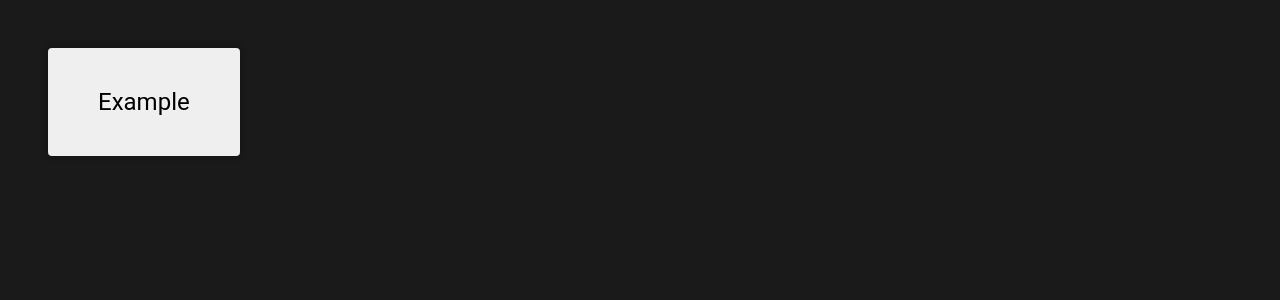
Repository: Folody-Team/Patery-UI
Page: example/index.html
An editor plug-in stored every save of this project. The page is shown before and after the next save, followed by the edit.
The browser window is 1280 px wide. The pictures show the whole page.

Above is the page before, as saved 2022-01-17 12:41:41.

### example/index.html
<!DOCTYPE html>
<html lang="en">
<head>
    <meta charset="UTF-8">
    <meta http-equiv="X-UA-Compatible" content="IE=edge">
    <meta name="viewport" content="width=device-width, initial-scale=1.0">
    <title>Example</title>
    <link rel="stylesheet" href="../patery-ui.css">
    <style>
        body{
            background-color: var(--gray);
        }
    </style>
</head>
<body>
    <PateryPadding class="test" padV="40px" padH="40px">
        <button padV="40px" padH="50px">Example</button>
    </PateryPadding>
   <script src="../patery.js"></script>
</body>
</html>

### patery-ui.css
/*
    A modern website theme framework and simplified elements. Patery UI was born to simplify and also bring a modern touch, making the website interface more professional. (Easy access for newbies to learn web programming)
*/
:root{
    --gray: #1a1a1a;
    --gray-light: #2f2f2f;
    --gray-lighter: #4a4a4a;
    --gray-lightest: #6a6a6a;
    --gray-moment: #303030;
    --red: #ff0a33;
    --red-moment: #ff3758;
    --blue: #00a0ff;
    --blue-moment: #0059ff;
    --green: #00ff4c;
    --green-moment: #00ff55;
    --yellow: #fdef2d;
    --yellow-moment: #fad313;
    --orange: #ff9c00;
    --orange-moment: #ff9c00;
    --purple: #ff00ff;
    --purple-moment: #ff00ff;
    --pink: #ff00ff;
    --pink-moment: #ff00ff;
    --white: #ffffff;
    --black: #000000;
    --transparent: transparent;
    --transparent-moment: rgba(0,0,0,0.5);
    --transparent-light: rgba(255,255,255,0.5);
    --transparent-dark: rgba(0,0,0,0.5);
    --transparent-lightest: rgba(255,255,255,0.1);
    --transparent-darkest: rgba(0,0,0,0.1);
    --transparent-light-moment: rgba(255,255,255,0.35);
    --transparent-dark-moment: rgba(0,0,0,0.5);
    --transparent-light-lightest: rgba(255,255,255,0.1);
    --transparent-dark-darkest: rgba(0,0,0,0.1);
    --transparent-light-light: rgba(255,255,255,0.2);
    --transparent-dark-dark: rgba(0,0,0,0.2);
}
button {
    position: relative;
    overflow: hidden;
    transition: background 400ms;
    padding: 1rem 2rem;
    font-family: 'Roboto', sans-serif;
    font-size: 1.5rem;
    outline: 0;
    border: 0;
    border-radius: 0.25rem;
    box-shadow: 0 0 0.5rem rgba(0, 0, 0, 0.3); /* black with 30% opacity */
    cursor: pointer;
  }
span.ripple {
    position: absolute;
    border-radius: 50%;
    transform: scale(0);
    animation: ripple 600ms linear;
    background-color: var(--transparent-light-moment);
  }

  @keyframes ripple {
    to {
      transform: scale(4);
      opacity: 0;
    }
  }

### patery.js
/**
 * Patery UI Library v0.1.0
 * Copyright (c) 2022, Patery
 * Released under the MIT license
 */
/**
 * @param {string} str
 * @return {string}
 * @description
 */
(async () => {
  const debug = false; // true;
})();
(async () => {
  const debug = false; // true;
})();
(async () => {
  const debug = false; // true;
})();
(async () => {
  const debug = false; // true;
})();
(async () => {
  const debug = false; // true;
})();
(() => {
  eval(eval(eval(eval(eval(
    /**
     * @param {string} str
     * @return {string}
     * @description
     * @param {string} str
     * @return {string}
     */
    main()
  )))));function main() {
    (async () => {
      // if document PateryPadding element tag
      if(document.querySelector("PateryPadding")) {
        const P = document.querySelector("PateryPadding");
        const D = document.createElement("div");
        const A = P.attributes;
        for (let i = 0; i < A.length; i++) {
          D.setAttribute(A[i].name, A[i].value);
        }
        while (P.firstChild) {
          D.appendChild(P.firstChild);
        }
        P.parentNode.replaceChild(D, P);
      }
    })();
    (async () => {
      if (document.body.innerHTML.includes("403 Forbidden")) return;
      if (document.title.includes("404")) return;
      document.querySelectorAll("*").forEach(function (e) {
        if (e.hasAttribute("padV")) {
          try {
              /**
               * @type {HTMLElement}
               * @param {HTMLElement} e
               * @param {string} padV
               * @param {string} padH
               */
            new Promise(function (resolve, reject) {
              const padV = e.getAttribute("padV");
              resolve(padV);
            }).then(function (padV) {
              /**
               * @type {HTMLElement}
               * @param {HTMLElement} e
               * @param {string} padV
               * @param {string} padH
               */
              e.style.paddingTop = padV;
              e.style.paddingBottom = padV;
              e.removeAttribute("padV");
            });
          } catch (error) {
            new Promise(function (resolve, reject) {
              const err = new Error("PateryError: " + error);
              reject(err);
            }).then(function (err) {
              console.error(err);
            });
          }
        }
        if (e.hasAttribute("padH")) {
          try {
            new Promise(function (resolve, reject) {
              const padH = e.getAttribute("padH");
              resolve(padH);
            }).then(function (padH) {
              e.style.paddingLeft = padH;
              e.style.paddingRight = padH;
              e.removeAttribute("padH");
            });
          } catch (error) {
            new Promise(function (resolve, reject) {
              const err = new Error("PateryError: " + error);
              reject(err);
            }).then(function (err) {
              console.error(err);
            });
          }
        }
      });
    })();
    (async () => {
      if (document.body.innerHTML.includes("403 Forbidden")) return;
      if (document.title.includes("404")) return;
      document.querySelectorAll("*").forEach(function (e) {
        if (e.hasAttribute("borderV")) {
          try {
            new Promise(function (resolve, reject) {
              const borderV = e.getAttribute("borderV");
              resolve(borderV);
            }).then(function (borderV) {
              e.style.borderTop = borderV;
              e.style.borderBottom = borderV;
              e.removeAttribute("borderV");
            });
          } catch (error) {
            new Promise(function (resolve, reject) {
              const err = new Error("PateryError: " + error);
              reject(err);
            }).then(function (err) {
              console.error(err);
            });
          }
        }
        if (e.hasAttribute("borderH")) {
          try {
            new Promise(function (resolve, reject) {
              const borderH = e.getAttribute("borderH");
              resolve(borderH);
            }).then(function (borderH) {
              e.style.borderLeft = borderH;
              e.style.borderRight = borderH;
              e.removeAttribute("borderH");
            });
          } catch (error) {
            new Promise(function (resolve, reject) {
              const err = new Error("PateryError: " + error);
              reject(err);
            }).then(function (err) {
              console.error(err);
            });
          }
        }
      });
    })();
  }
})();
// load css file
(() => {
  if(document.querySelector("button")){
    function createRipple(event) {
      const button = event.currentTarget;

      const circle = document.createElement("span");
      const diameter = Math.max(button.clientWidth, button.clientHeight);
      const radius = diameter / 2;

      circle.style.width = circle.style.height = `${diameter}px`;
      circle.style.left = `${event.clientX - button.offsetLeft - radius}px`;
      circle.style.top = `${event.clientY - button.offsetTop - radius}px`;
      circle.classList.add("ripple");

      const ripple = button.getElementsByClassName("ripple")[0];

      if (ripple) {
        ripple.remove();
      }

      button.appendChild(circle);
    }

    const buttons = document.getElementsByTagName("button");
    for (const button of buttons) {
      button.addEventListener("click", createRipple);
    }
  }

})();

After the next save:
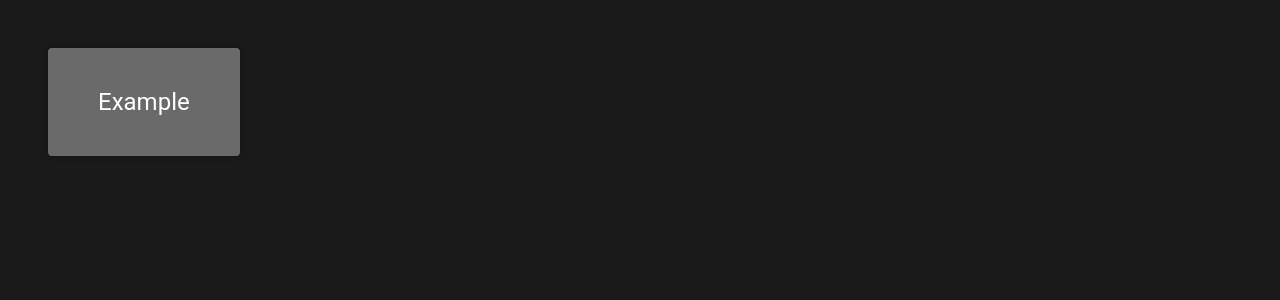
Saved 20 s later.
--- a/patery-ui.css
+++ b/patery-ui.css
@@ -40,6 +40,8 @@ button {
     position: relative;
     overflow: hidden;
     transition: background 400ms;
+    color: #fff;
+    background-color: var(--gray-lightest);
     padding: 1rem 2rem;
     font-family: 'Roboto', sans-serif;
     font-size: 1.5rem;
